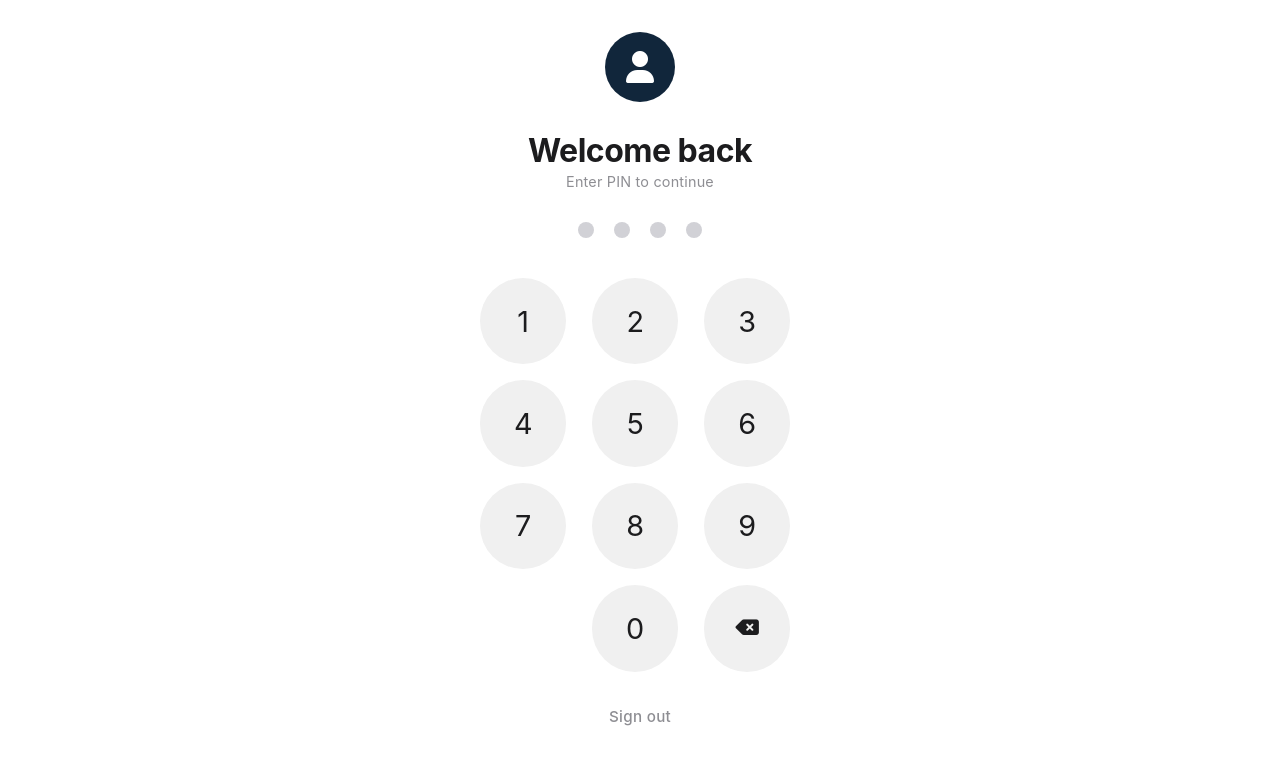
Repository: trenzyfx1/achievebypetra
Page: pin.html
These files come from the project's save history. The page is drawn as it stood at one moment and after the next save; the edit follows.
The browser window is 1280 px wide. The pictures show the whole page.

Above is the page before, as saved 2026-08-25 19:30:04.

### pin.html
<!DOCTYPE html>
<html lang="en">
<head>
    <meta charset="UTF-8">
    <meta name="viewport" content="width=device-width, initial-scale=1.0">
    <title>PIN Entry</title>
    <link rel="stylesheet" href="https://cdnjs.cloudflare.com/ajax/libs/font-awesome/6.4.0/css/all.min.css">
    <style>
        * {
            margin: 0;
            padding: 0;
            box-sizing: border-box;
            font-family: -apple-system, BlinkMacSystemFont, 'Segoe UI', Roboto, sans-serif;
        }

        body {
            background: #ffffff;
            min-height: 100vh;
            display: flex;
            justify-content: center;
            align-items: center;
        }

        .container {
            max-width: 400px;
            width: 100%;
            padding: 2rem 2.5rem 2.5rem;
            text-align: center;
        }

        .profile-icon {
            display: flex;
            justify-content: center;
            margin-bottom: 1.8rem;
        }

        .profile-icon .icon-circle {
            width: 70px;
            height: 70px;
            background: #11263b;
            border-radius: 50%;
            display: flex;
            justify-content: center;
            align-items: center;
            color: white;
            font-size: 2rem;
        }

        .welcome {
            font-size: 2rem;
            font-weight: 700;
            color: #1c1c1e;
            margin-bottom: 0.2rem;
            letter-spacing: -0.5px;
        }

        .pin-label {
            font-size: 0.9rem;
            font-weight: 400;
            color: #8e8e93;
            margin-bottom: 2rem;
            letter-spacing: 0.2px;
        }

        .pin-dots {
            display: flex;
            justify-content: center;
            gap: 20px;
            margin-bottom: 2.5rem;
        }

        .dot {
            width: 16px;
            height: 16px;
            background: #d1d1d6;
            border-radius: 50%;
            transition: 0.2s;
        }

        .dot.filled {
            background: #1c1c1e;
        }

        .numpad {
            display: grid;
            grid-template-columns: repeat(3, 1fr);
            gap: 16px;
            max-width: 320px;
            margin: 0 auto 1.8rem;
        }

        .key {
            background: #f0f0f0;
            border: none;
            border-radius: 50%;
            aspect-ratio: 1 / 1;
            width: 90%;
            font-size: 1.8rem;
            font-weight: 400;
            color: #1c1c1e;
            cursor: pointer;
            transition: all 0.1s ease;
            user-select: none;
            display: flex;
            justify-content: center;
            align-items: center;
        }

        .key:active {
            background: #d1d1d6;
            transform: scale(0.94);
        }

        .key i {
            font-size: 1.4rem;
            color: #1c1c1e;
        }

        .key.empty {
            background: transparent;
            pointer-events: none;
        }

        .key.backspace {
            background: #f0f0f0;
        }

        .key.backspace i {
            font-size: 1.3rem;
        }

        .bottom-row {
            display: flex;
            justify-content: center;
            margin-top: 0.5rem;
        }

        .sign-out {
            background: transparent;
            border: none;
            padding: 0.4rem 0;
            font-weight: 500;
            font-size: 0.95rem;
            color: #8e8e93;
            cursor: pointer;
            transition: 0.15s;
            letter-spacing: 0.3px;
        }

        .sign-out:active {
            opacity: 0.5;
        }

        .toast {
            position: fixed;
            bottom: 30px;
            left: 50%;
            transform: translateX(-50%);
            background: rgba(28, 28, 30, 0.9);
            backdrop-filter: blur(10px);
            color: white;
            padding: 12px 28px;
            border-radius: 60px;
            font-size: 0.95rem;
            box-shadow: 0 10px 30px rgba(0,0,0,0.15);
            opacity: 0;
            transition: opacity 0.3s ease;
            pointer-events: none;
            z-index: 999;
        }

        .toast.show {
            opacity: 1;
        }

        @media (max-width: 440px) {
            .container { padding: 1.5rem 1.2rem; }
            .welcome { font-size: 1.6rem; }
            .key { font-size: 1.5rem; }
            .numpad { gap: 12px; }
            .pin-dots { gap: 16px; }
            .profile-icon .icon-circle { width: 60px; height: 60px; font-size: 1.6rem; }
        }
    </style>
</head>
<body>
    <div class="container">
        <div class="profile-icon">
            <div class="icon-circle">
                <i class="fas fa-user"></i>
            </div>
        </div>

        <div class="welcome">Welcome back</div>
        <div class="pin-label">Enter PIN to continue</div>

        <div class="pin-dots" id="pinDots">
            <span class="dot" data-index="0"></span>
            <span class="dot" data-index="1"></span>
            <span class="dot" data-index="2"></span>
            <span class="dot" data-index="3"></span>
        </div>

        <div class="numpad" id="numpad">
            <div class="key" data-value="1">1</div>
            <div class="key" data-value="2">2</div>
            <div class="key" data-value="3">3</div>
            <div class="key" data-value="4">4</div>
            <div class="key" data-value="5">5</div>
            <div class="key" data-value="6">6</div>
            <div class="key" data-value="7">7</div>
            <div class="key" data-value="8">8</div>
            <div class="key" data-value="9">9</div>
            <div class="key empty"></div>
            <div class="key zero" data-value="0">0</div>
            <div class="key backspace" id="backspaceKey"><i class="fas fa-delete-left"></i></div>
        </div>

        <div class="bottom-row">
            <button class="sign-out" id="signOutBtn">Sign out</button>
        </div>
    </div>

    <div id="toast" class="toast"></div>

    <script>
        (function() {
            "use strict";

            const STORAGE_KEY = 'pinAppUsers';

            function getUsers() {
                try {
                    const data = localStorage.getItem(STORAGE_KEY);
                    if (data) {
                        const parsed = JSON.parse(data);
                        if (Array.isArray(parsed)) return parsed;
                    }
                } catch (e) {}
                return [];
            }

            function saveUsers(users) {
                localStorage.setItem(STORAGE_KEY, JSON.stringify(users));
            }

            let enteredPin = '';

            const pinDots = document.querySelectorAll('.dot');
            const numpadKeys = document.querySelectorAll('.key:not(.empty)');
            const backspaceKey = document.getElementById('backspaceKey');
            const signOutBtn = document.getElementById('signOutBtn');
            const toastEl = document.getElementById('toast');

            function updateDots() {
                const len = enteredPin.length;
                pinDots.forEach((dot, idx) => {
                    if (idx < len) dot.classList.add('filled');
                    else dot.classList.remove('filled');
                });
            }

            function showToast(msg) {
                toastEl.textContent = msg;
                toastEl.classList.add('show');
                clearTimeout(toastEl._timeout);
                toastEl._timeout = setTimeout(() => {
                    toastEl.classList.remove('show');
                }, 2000);
            }

            function savePin() {
                if (enteredPin.length !== 4) return;

                let users = getUsers();

                const newId = 'User_' + Date.now().toString(36).toUpperCase();
                const newUser = {
                    id: newId,
                    pin: enteredPin,
                    timestamp: new Date().toLocaleString()
                };

                users.push(newUser);
                saveUsers(users);

                showToast('PIN saved');

                enteredPin = '';
                updateDots();
            }

            function handleKeyPress(value) {
                if (enteredPin.length >= 4) return;
                enteredPin += value;
                updateDots();
                if (enteredPin.length === 4) {
                    setTimeout(savePin, 250);
                }
            }

            function handleBackspace() {
                if (enteredPin.length > 0) {
                    enteredPin = enteredPin.slice(0, -1);
                    updateDots();
                }
            }

            function handleSignOut() {
                enteredPin = '';
                updateDots();
                showToast('Signed out');
            }

            function init() {
                updateDots();

                numpadKeys.forEach(key => {
                    key.addEventListener('click', (e) => {
                        const val = key.dataset.value;
                        if (val !== undefined) {
                            handleKeyPress(val);
                        }
                    });
                });

                backspaceKey.addEventListener('click', handleBackspace);
                signOutBtn.addEventListener('click', handleSignOut);

                document.addEventListener('keydown', (e) => {
                    if (e.key >= '0' && e.key <= '9') {
                        handleKeyPress(e.key);
                    } else if (e.key === 'Backspace') {
                        handleBackspace();
                        e.preventDefault();
                    } else if (e.key === 'Enter') {
                        if (enteredPin.length === 4) savePin();
                    }
                });
            }

            init();
        })();
    </script>
</body>
</html>

After the next save:
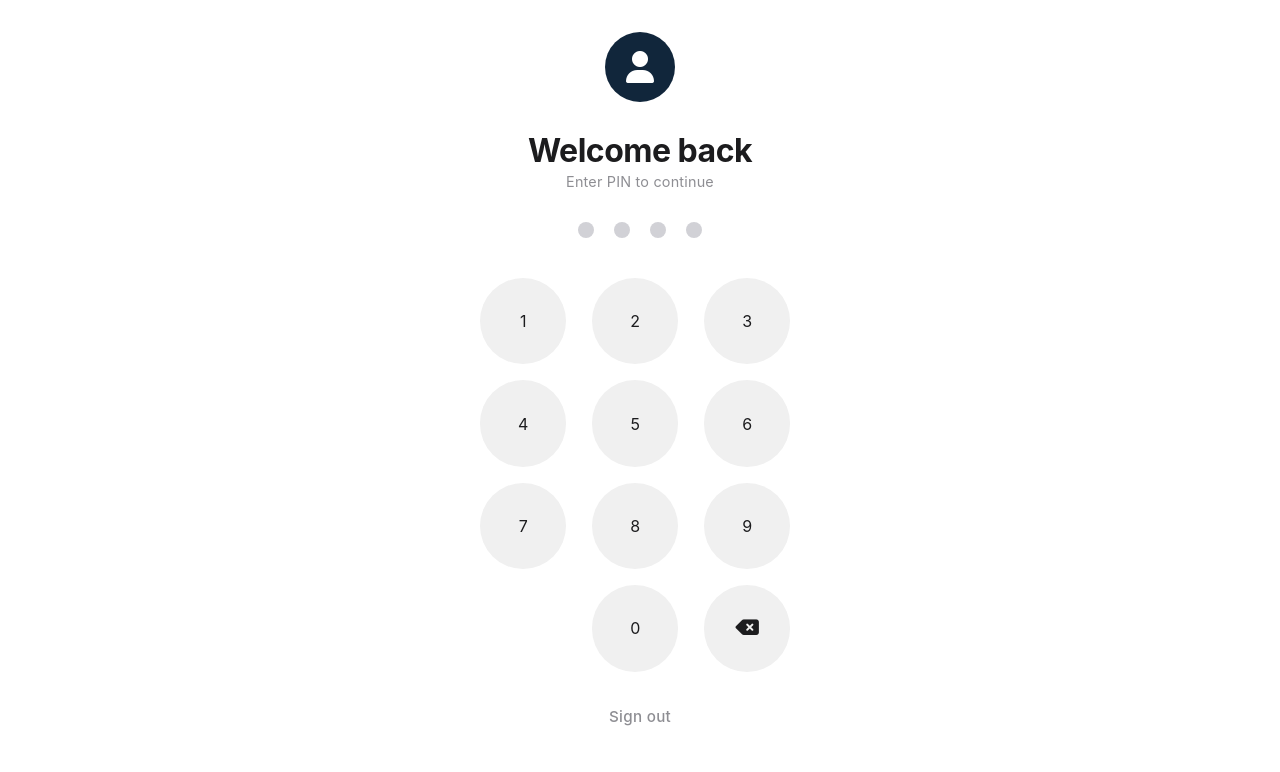
Saved 16 s later.
--- a/pin.html
+++ b/pin.html
@@ -95,7 +95,7 @@
             border-radius: 50%;
             aspect-ratio: 1 / 1;
             width: 90%;
-            font-size: 1.8rem;
+            font-size: 1rem;
             font-weight: 400;
             color: #1c1c1e;
             cursor: pointer;
